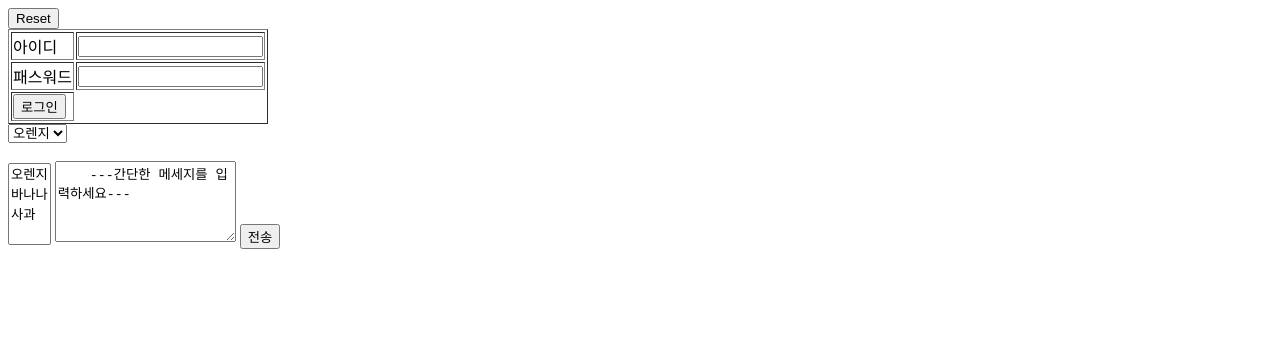
Repository: kisunssong/jsp
Page: test/WebContent/form.tag.htm
These files come from the project's save history. The page is drawn as it stood at one moment and after a run of saves; the edit follows.
The browser window is 1280 px wide. The pictures show the whole page.

Above is the page before, as saved 2020-11-16 12:29:34.

### test/WebContent/form.tag.htm
<!DOCTYPE html>
<html>
<head>
<meta charset="euc-kr">
<title>플래그 연습</title>
</head>
<body>
  <!-- 폼을 구성하는 태그들
  : 폼은 데이터를 전송할 때 사용하는 태그
         회원가입 : 이름, 전화번호, 주소...
    <form> 자신의 태그내에 있는 데이터를 지정한 웹 주소로 전송해준다.
    form 데이터 전송방식
    GET방식 : 데이터용량이 작은 256~4096바이트
    POST방식 : 대용량의 데이터를 보낼때 유용하다.(보안상안전)
    form 속성
    method : 데이터 전송방식을 지정
    name : 폼의 이름을 지정. 자바스크립에서 폼내의 데이터를 구분할 때 사용한다.
    action : 폼내의 데이터를 이동시킬 위치를 지정한다.
    enctype : 대용량의 파일의 데이터 속성을 지정한다.

        구성태그
    <input>
    (type)
    text : 한줄 입력을 받을 때 사용
    password : 비밀번호 형태로 입력받을 때 사용
    radio : 상호베타적 선택 (1개만 선택)
    checkbox : 다중 선택
    button : 자바스크립트와 연계해서 사용
    submit : 폼의 내용을 action에서 지정한 주소로 보낼 때 사용
    reset : 폼의 내용을 초기값으로 재설정할 때 사용
    hidden : 숨김필드로 화면에 보이지 않게 할 때 사용
    file : 파일을 첨부할 때 사용

    <select>
         목록상자나 콤보 박스로 폼을 구성할 때 사용하는 태그
    (속성)
    name : 필드의 이름을 지정
    size : 목록상자에 보여지는 항목의 수를 지정한다.
    multiple : 필드에서 여러개의 항목을 선택할 수 있도록 지정한다.

    <option>
    select 태그가 만드는 필드의 항목을 만드는 태그
    (속성)
    value : 항목을 선택했을 때 전송할 값을 지정한다.
    selected : 기본적으로 선택되는 항목을 지정한다.

    <textarea>
    (속성)
         여러줄을 입력하는 데이터를 사용하고자 할때 사용하는 태그
    name : 필드의 이름을 지정
    clols : 대문자 A를 기준으로 너비를 설정
    rows : 대문자 A를 기준으로 행을 설정
    readonly : 필드를 읽 전용으로 지정
    -->
    <form action="http://www.naver.com/index.html">
    <table border="1">
      <tr>
        <td>아이디</td>
        <td>
          <input type="text" name="id">
        </td>
      <tr>
        <td>패스워드</td>
        <td>
         <input type="password" name="pw">
       </td>
      </tr>
     <tr>
       <td>
         <input type="submit" value="로그인">
       </td>
     </tr>
     <div><input type="reset"></div>
    </table>

    <select name = "과일">
    	<option value="orange">오렌지</option>
    	<option value="banana">바나나</option>
    	<option value="apple">사과</option>
    </select>
    <br>
    <br>
    <select name="choice" multiple>
        <option value="orange">오렌지</option>
    	<option value="banana">바나나</option>
    	<option value="apple">사과</option>
    </select>
    <textarea name="memo" cols="20" rows="5">
    ---간단한 메세지를 입력하세요---
    </textarea>
    <input type="submit" value="전송">
    </form>
</body>
</html>

After the next 2 saves:
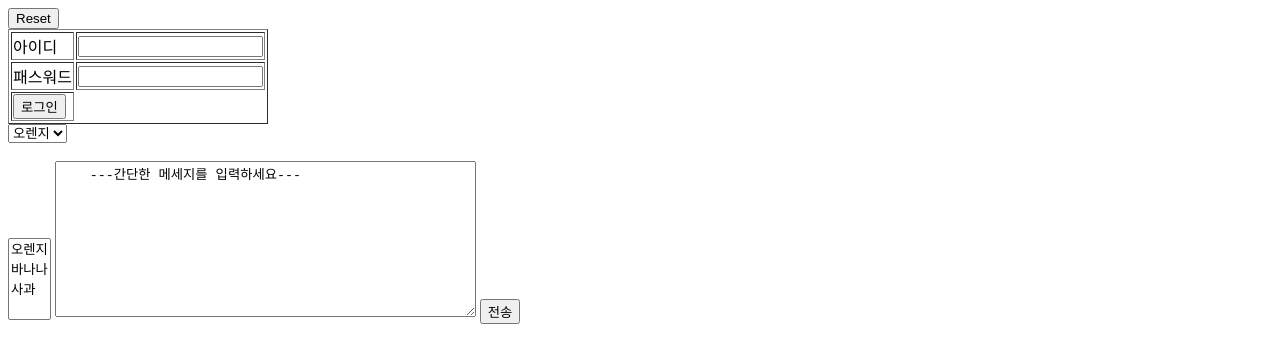
The 2 saves are shown as one change because they came seconds apart.
The last was saved 30 s later.
--- a/test/WebContent/form.tag.htm
+++ b/test/WebContent/form.tag.htm
@@ -85,7 +85,7 @@
     	<option value="banana">바나나</option>
     	<option value="apple">사과</option>
     </select>
-    <textarea name="memo" cols="20" rows="5">
+    <textarea name="memo" cols="50" rows="10">
     ---간단한 메세지를 입력하세요---
     </textarea>
     <input type="submit" value="전송">
